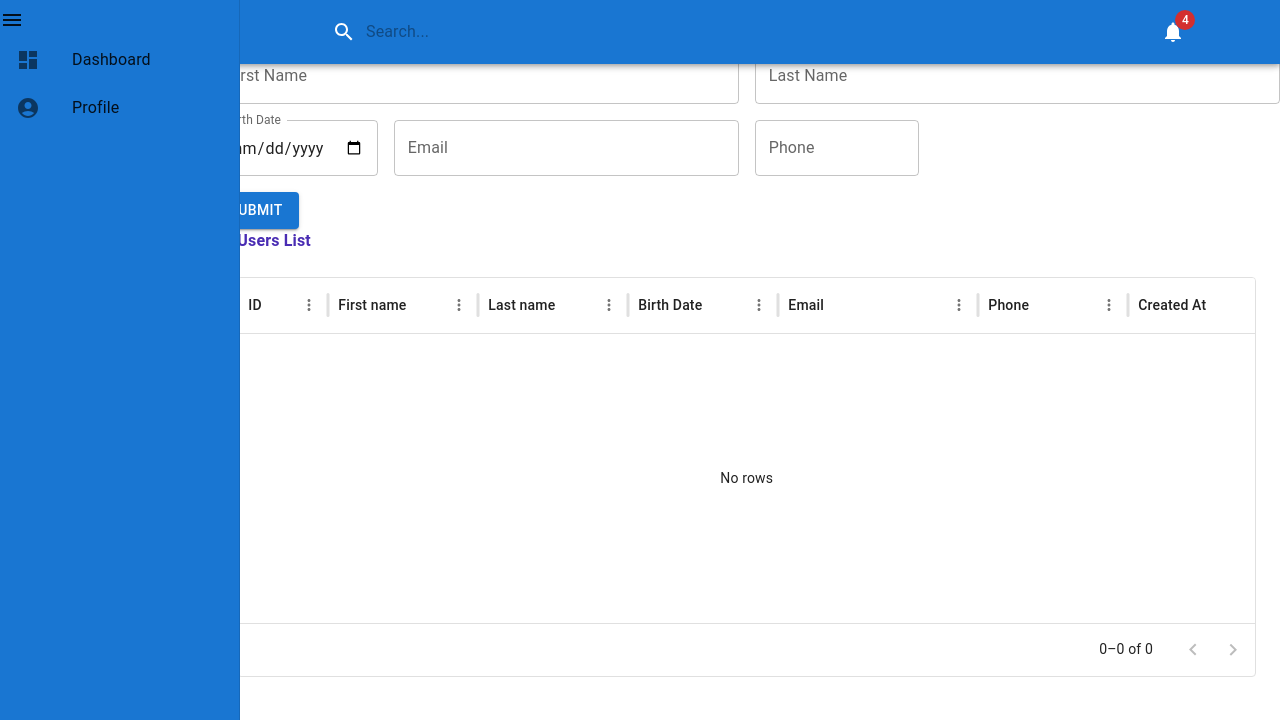
Repository: lenx0/front-client-manager
Page: /
These files come from the project's save history. The page is drawn as it stood at one moment and after the next save; the edit follows.
The browser window is 1280 px wide. The pictures show the whole page.
The page's requests for data from a server got no answer. The project was rebuilt for these pictures with package versions that can differ from the ones it lists, and the page was loaded fresh each time. No one was signed in, and anything a server would have sent is missing. Also part of the build but not shown: vite.config.js, src/App.css.

Above is the page before, as saved 2024-06-25 12:40:35.

### index.html
<!doctype html>
<html lang="en">
  <head>
    <meta charset="UTF-8" />
    <meta name="viewport" content="width=device-width, initial-scale=1.0" />
    <title>Client Manager</title>
  </head>
  <body>
    <div id="root"></div>
    <script type="module" src="/src/main.jsx"></script>
  </body>
</html>

### src/App.jsx
import { Box, Grid } from '@mui/material'
import './App.css'
import UserForm from './components/UserForm'
import UserList from './components/UserList'
import Header from './components/Layout/Header'
import Sidebar from './components/Layout/Sidebar'

function App() {

  return (
    <Grid container>
      <Grid item xs={12}>
        <Header />
      </Grid>
      <Grid item xs={2}>
        <Sidebar />
      </Grid>
      <Grid item xs={10}>
        <UserForm />
        <UserList />
      </Grid>
    </Grid>
  )
}

export default App

### src/components/UserForm.jsx
import React from 'react';
import { useForm } from 'react-hook-form';
import CustomInput from './CustomInput';
import { Button, Grid, Typography } from '@mui/material';
import axios from 'axios';

const UserForm = () => {
  const { handleSubmit, control, reset } = useForm();

  const onSubmit = async (data) => {
    try {
      const response = await axios.post('http://localhost:3100/v1/users/create', data);
      console.log('Dados enviados com sucesso:', response.data);
      reset();
    } catch (error) {
      console.error('Erro ao enviar dados:', error);
    }
  };

  return (
    <Grid container direction="column" xs={12}>
      <Typography fontWeight={700} pb={3} color="#492cb3">
        General Details
      </Typography>
      <form onSubmit={handleSubmit(onSubmit)}>
        <Grid container spacing={2}>
          <Grid item xs={6}>
            <CustomInput
              name="firstName"
              control={control}
              label="First Name"
              rules={{ required: 'First name is required' }}
            />
          </Grid>
          <Grid item xs={6}>
            <CustomInput
              name="lastName"
              control={control}
              label="Last Name"
              rules={{ required: 'Last name is required' }}
            />
          </Grid>
          <Grid item xs={2}>
            <CustomInput
              name="birthDate"
              control={control}
              label="Birth Date"
              placeHolder="none"
              type="date"
              rules={{ required: 'Birth date is required' }}
              defaultValue=""
            />
          </Grid>
          <Grid item xs={4}>
            <CustomInput
              name="email"
              control={control}
              label="Email"
              type="email"
              rules={{
                required: 'Email is required',
                pattern: {
                  value: /^[a-zA-Z0-9_.+-]+@[a-zA-Z0-9-]+\.[a-zA-Z0-9-.]+$/,
                  message: 'Enter a valid email address',
                },
              }}
            />
          </Grid>
          <Grid item xs={2}>
            <CustomInput
              name="phone"
              control={control}
              label="Phone"
              rules={{ required: 'Phone number is required' }}
            />
          </Grid>
          <Grid item xs={12}>
            <Button type="submit" variant="contained" color="primary">
              Submit
            </Button>
          </Grid>
        </Grid>
      </form>
    </Grid>
  );
};

export default UserForm;

### src/components/UserList/index.jsx
import React, { useState, useEffect } from 'react';
import { DataGrid } from '@mui/x-data-grid';
import axios from 'axios';
import { Box, Container, Typography } from '@mui/material';

const UserList = () => {
  const [users, setUsers] = useState([]);
  const [loading, setLoading] = useState(true);

  useEffect(() => {
    const fetchUsers = async () => {
      try {
        const response = await axios.get('http://localhost:3100/v1/users/list');
        setUsers(response.data);
        setLoading(false);
      } catch (error) {
        console.error('Erro ao buscar usuários:', error);
        setLoading(false);
      }
    };

    fetchUsers();
  }, []);

  const columns = [
    { field: 'id', headerName: 'ID', width: 90 },
    { field: 'firstName', headerName: 'First name', width: 150 },
    { field: 'lastName', headerName: 'Last name', width: 150 },
    { field: 'birthDate', headerName: 'Birth Date', width: 150 },
    { field: 'email', headerName: 'Email', width: 200 },
    { field: 'phone', headerName: 'Phone', width: 150 },
    { field: 'moment', headerName: 'Created At', width: 180 },
  ];

  const rows = users.map((user, index) => ({
    id: index + 1,
    ...user,
  }));

  return (
    <Container>
      <Typography fontWeight={700} pb={3} color="#492cb3">Users List</Typography>
      <Box style={{ height: 400, width: '100%' }}>
        <DataGrid
          rows={rows}
          columns={columns}
          pageSize={5}
          rowsPerPageOptions={[5]}
          loading={loading}
          pagination
          paginationMode="client"
          initialState={{
            pagination: {
              paginationModel: { page: 1, pageSize: 5 }
            },
            sorting: {
              sortModel: [{ field: 'orderDate', sort: 'desc' }]
            }
          }}
        />
      </Box>
    </Container>
  );
};

export default UserList;

### src/components/Layout/Header.jsx
import React from 'react';
import { AppBar, Toolbar, Typography, InputBase, IconButton, Badge, Grid } from '@mui/material';
import MenuIcon from '@mui/icons-material/Menu';
import SearchIcon from '@mui/icons-material/Search';
import NotificationsIcon from '@mui/icons-material/Notifications';

const Header = () => {
  return (
    <AppBar position="fixed">
      <Toolbar>
        <Grid container alignItems="center">
          <Grid item xs={1}>
            <IconButton
              size="large"
              edge="start"
              color="inherit"
              aria-label="open drawer"
            >
              <MenuIcon />
            </IconButton>
          </Grid>
          <Grid item xs={2}>
            <Typography variant="h6" noWrap>
              Logo
            </Typography>
          </Grid>
          <Grid item xs={8}>
            <div style={{ display: 'flex', alignItems: 'center' }}>
              <SearchIcon style={{ marginRight: '10px' }} />
              <InputBase
                placeholder="Search..."
                inputProps={{ 'aria-label': 'search' }}
                fullWidth
              />
            </div>
          </Grid>
          <Grid item xs={1}>
            <IconButton color="inherit">
              <Badge badgeContent={4} color="error">
                <NotificationsIcon />
              </Badge>
            </IconButton>
          </Grid>
        </Grid>
      </Toolbar>
    </AppBar>
  );
};

export default Header;

### src/components/Layout/Sidebar.jsx
import React from 'react';
import { Drawer, Icon, List, ListItem, ListItemIcon, ListItemText } from '@mui/material';
import { Dashboard as DashboardIcon, AccountCircle as AccountCircleIcon } from '@mui/icons-material';
import MenuIcon from '@mui/icons-material/Menu';

const Sidebar = () => {
  return (
    <Drawer
      variant="permanent"
      sx={{
        width: 240,
        flexShrink: 0,
        '& .MuiDrawer-paper': {
          width: 240,
          boxSizing: 'border-box',
          backgroundColor: '#1976d2',
        },
      }}
    >
      <List>
        <MenuIcon />
        <ListItem button>
          <ListItemIcon>
            <DashboardIcon />
          </ListItemIcon>
          <ListItemText primary="Dashboard" />
        </ListItem>
        <ListItem button>
          <ListItemIcon>
            <AccountCircleIcon />
          </ListItemIcon>
          <ListItemText primary="Profile" />
        </ListItem>
      </List>
    </Drawer>
  );
};

export default Sidebar;

### src/components/CustomInput.jsx
import React from 'react';
import { Controller } from 'react-hook-form';
import TextField from '@mui/material/TextField';

const CustomInput = ({ name, control, label, type = 'text', rules, defaultValue = '' }) => {
  return (
    <Controller
      name={name}
      control={control}
      defaultValue={defaultValue}
      rules={rules}
      render={({ field, fieldState: { error } }) => (
        <TextField
          {...field}
          label={label}
          type={type}
          error={!!error}
          helperText={error ? error.message : null}
          variant="outlined"
          InputLabelProps={type === 'date' ? { shrink: true } : {}}
          fullWidth
        />
      )}
    />
  );
};

export default CustomInput;

Loaded but not shown: src/main.jsx (common file); src/index.css (common file)

After the next save:
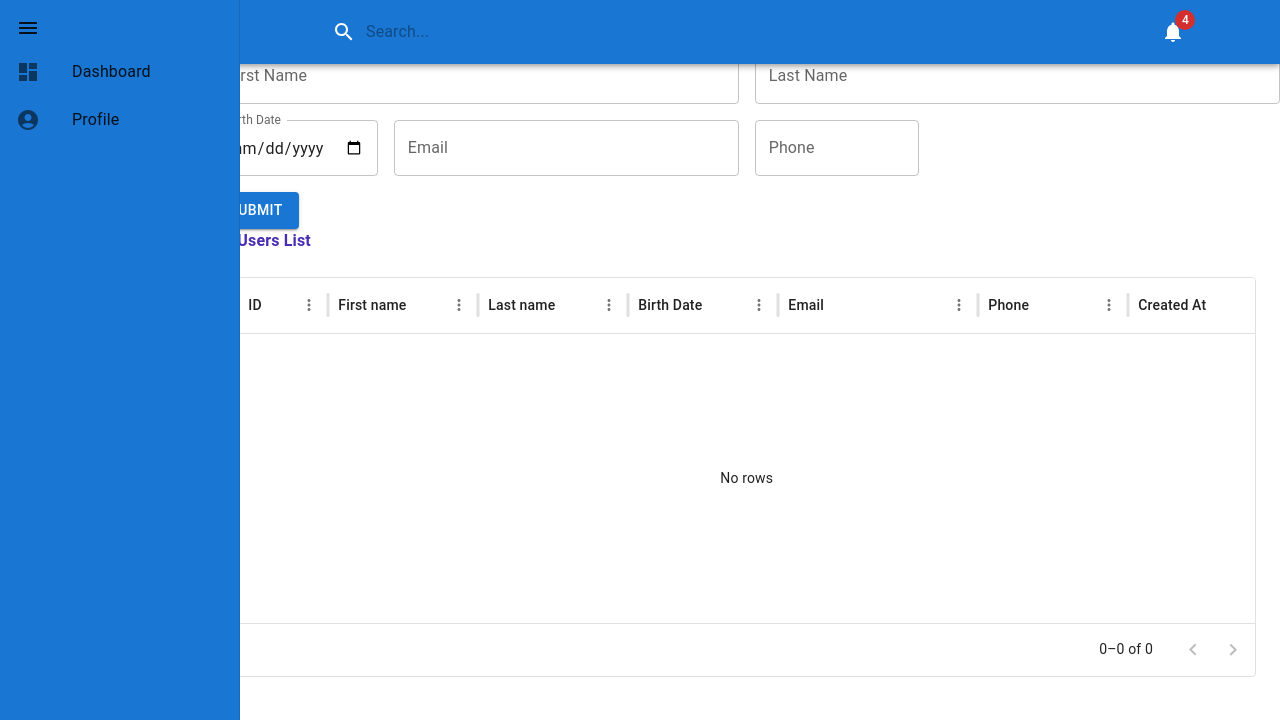
Saved 11 s later.
--- a/src/components/Layout/Sidebar.jsx
+++ b/src/components/Layout/Sidebar.jsx
@@ -18,7 +18,9 @@ const Sidebar = () => {
       }}
     >
       <List>
+        <ListItem>
         <MenuIcon />
+        </ListItem>
         <ListItem button>
           <ListItemIcon>
             <DashboardIcon />
